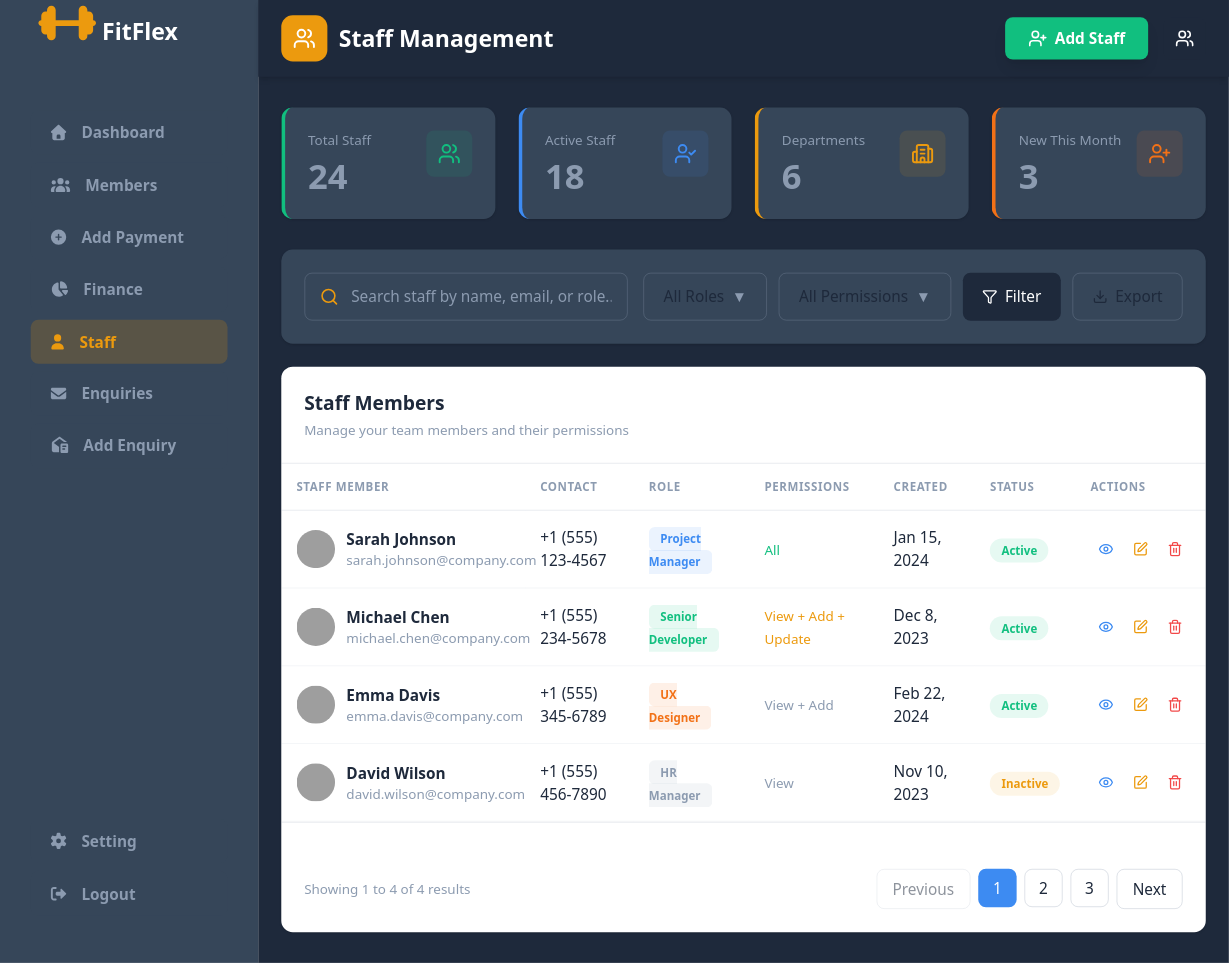
Repository: MuhammadTalhaTaj/gym_management_app_backend
Page: /staff (app in frontend/)
The author's editor kept a copy of each file at every save. The page is drawn from the files as they stood at one save, then again after a run of saves.
The browser window is 1280 px wide. The pictures show the whole page, at 96% of full size.
Pictures or frames that could not be fetched are drawn as grey boxes. The project was rebuilt for these pictures with package versions that can differ from the ones it lists, and the page was loaded fresh each time. Also part of the build but not shown: frontend/vite.config.ts, frontend/src/assets/styles/AdminHeader.css, frontend/src/Components/AdminHeader.tsx, frontend/src/assets/styles/AdminDashboard.css, frontend/src/hooks/useDashboardData.ts, frontend/src/assets/styles/AdminDashboardStats.css, frontend/src/Components/AdminDashboardStats.tsx, frontend/src/Components/IncomeExpenseChart.tsx and 30 more.

Above is the page before, as saved 2025-11-21 10:00:00.

### frontend/index.html
<!doctype html>
<html lang="en">

<head>
  <meta charset="UTF-8" />
  <link rel="icon" type="image/svg+xml" href="/vite.svg" />
  <meta name="viewport" content="width=device-width, initial-scale=1.0" />
  <title>GymManagement</title>
  <link rel="preconnect" href="https://fonts.googleapis.com" />
  <link rel="preconnect" href="https://fonts.gstatic.com" crossorigin />
  <link rel="stylesheet" href="https://fonts.googleapis.com/css2?family=Roboto:wght@300;400;500;700&display=swap" />

</head>

<body>
  <div id="root"></div>
  <script type="module" src="/src/main.tsx"></script>
</body>

</html>

### frontend/src/index.css
@import "tailwindcss";
:root{
  padding: 0;
  margin: 0;
  box-sizing: border-box;
  --primary-100:#364659;
  --primary-200:#1E293B;
  --primary-300:#8C9BB0;
  --secondary-100: #EC9A0E;
  --secondary-200:#595446;
  --tertiary-100: #F24949;
  --tertiary-100-30: #584252;
  --tertiary-200: #F47117;
  --tertiary-200-30: #5A4B48;
  --tertiary-300: #11BF7F;
  --tertiary-300-30: #2B595E;
  --tertiary-400: #3D8BF2;
  --tertiary-400-30: #344E75;
  --tertiary-500: #94A3B8;
  --tertiary-600: #1E293B;
}
body{
  padding: 0;
  margin: 0;
}
.adminMain{
  display: flex;
  margin: 0;
  justify-content: space-between;
  padding: 0;
  /* border: 2px solid blue; */
}
@media all and (max-width:700px) {
  .adminMain{
    flex-direction: column;
  }
}

### frontend/src/Components/ProtectedRoute.tsx
import React, { useEffect, useState } from "react";
// import { Navigate } from "react-router-dom";
import { apiRequest } from "../config/api";

type Props = {
  children: React.ReactNode;
};

const getStoredToken = (): string | null => {
  return localStorage.getItem("accessToken") || sessionStorage.getItem("accessToken");
};

export default function ProtectedRoute({ children }: Props) {
  const [status, setStatus] = useState<"pending" | "ok" | "unauth">("pending");

  useEffect(() => {
    let mounted = true;

    const token = getStoredToken();
    if (!token) {
      // no token -> immediately unauth
      if (mounted) setStatus("unauth");
      return;
    }

    const validate = async () => {
      try {
        // call backend authenticate endpoint
        const res = await apiRequest<{ success?: boolean; message?: string; userId?: string }>({
          method: "GET",
          endpoint: "/auth/authenticate"
        });

        // backend returns success:true on valid token
        if (mounted && res && (res as any).success === true) {
          setStatus("ok");
        } else {
          // treat missing success flag as unauth
          if (mounted) setStatus("unauth");
        }
      } catch (err) {
        // any error -> unauth
        if (mounted) setStatus("unauth");
      }
    };

    validate();

    return () => { mounted = false; };
  }, []);

  if (status === "pending") {
    // while checking, render nothing (keep UI/layout unchanged)
    return null;
  }

  if (status === "unauth") {
    // clear tokens to ensure clean state, then redirect
    try {
      localStorage.removeItem("accessToken");
      sessionStorage.removeItem("accessToken");
    } catch (e) {
      // ignore
    }
    // return <Navigate to="/login" replace />;
  }

  // auth ok
  return <>{children}</>;
}

### frontend/src/context/AuthContext.tsx
// src/context/AuthContext.tsx (example)
import React, { createContext, useEffect } from "react";
import { onAuthFailure,
  // setAccessToken as storeAccessToken,
   clearTokens } from "../config/auth";
import { useNavigate } from "react-router-dom";

export const AuthContext = createContext<any>(null);

export const AuthProvider: React.FC<{children:any}> = ({ children }) => {
  const navigate = useNavigate();

  useEffect(() => {
    onAuthFailure(() => {
      // clear local tokens and redirect to login
      clearTokens();
      navigate("/login");
    });
  }, [navigate]);

  return <AuthContext.Provider value={{}}>{children}</AuthContext.Provider>;
};

### frontend/src/pages/Admin/Staff.tsx
import React, { useState } from 'react';
import { Search, Download, Filter, Eye, Edit, Trash2, UserPlus, Users, UserCheck, Building2 } from 'lucide-react';

// Mock data file simulation
const staffData = [
  {
    id: 1,
    name: 'Sarah Johnson',
    email: 'sarah.johnson@company.com',
    phone: '+1 (555) 123-4567',
    role: 'Project Manager',
    permissions: 'All',
    created: 'Jan 15, 2024',
    status: 'Active',
    avatar: 'https://i.pravatar.cc/150?img=1'
  },
  {
    id: 2,
    name: 'Michael Chen',
    email: 'michael.chen@company.com',
    phone: '+1 (555) 234-5678',
    role: 'Senior Developer',
    permissions: 'View + Add + Update',
    created: 'Dec 8, 2023',
    status: 'Active',
    avatar: 'https://i.pravatar.cc/150?img=2'
  },
  {
    id: 3,
    name: 'Emma Davis',
    email: 'emma.davis@company.com',
    phone: '+1 (555) 345-6789',
    role: 'UX Designer',
    permissions: 'View + Add',
    created: 'Feb 22, 2024',
    status: 'Active',
    avatar: 'https://i.pravatar.cc/150?img=3'
  },
  {
    id: 4,
    name: 'David Wilson',
    email: 'david.wilson@company.com',
    phone: '+1 (555) 456-7890',
    role: 'HR Manager',
    permissions: 'View',
    created: 'Nov 10, 2023',
    status: 'Inactive',
    avatar: 'https://i.pravatar.cc/150?img=4'
  }
];

const statsData = [
  { label: 'Total Staff', value: 24, icon: Users, color: 'bg-[#11BF7F]/10', iconColor: 'text-[#11BF7F]', borderColor: 'border-l-[#11BF7F]' },
  { label: 'Active Staff', value: 18, icon: UserCheck, color: 'bg-[#3D8BF2]/10', iconColor: 'text-[#3D8BF2]', borderColor: 'border-l-[#3D8BF2]' },
  { label: 'Departments', value: 6, icon: Building2, color: 'bg-[#EC9A0E]/10', iconColor: 'text-[#EC9A0E]', borderColor: 'border-l-[#EC9A0E]' },
  { label: 'New This Month', value: 3, icon: UserPlus, color: 'bg-[#F27117]/10', iconColor: 'text-[#F27117]', borderColor: 'border-l-[#F27117]' }
];

// Components
const StatCard = ({ stat }) => {
  const Icon = stat.icon;
  return (
    <div className={`bg-[var(--primary-100)] rounded-xl p-6 border-l-4 ${stat.borderColor} shadow-sm hover:shadow-md transition-shadow`}>
      <div className="flex items-start justify-between">
        <div>
          <p className="text-[#8C9BB0] text-sm font-medium mb-2">{stat.label}</p>
          <h3 className="text-[var(--primary-300)] text-4xl font-bold">{stat.value}</h3>
        </div>
        <div className={`${stat.color} ${stat.iconColor} p-3 rounded-lg`}>
          <Icon className="w-6 h-6" />
        </div>
      </div>
    </div>
  );
};

const SearchBar = ({ value, onChange }) => (
  <div className="relative flex-1 max-w-md">
    <Search className="absolute left-4 top-1/2 -translate-y-1/2 w-5 h-5 text-[var(--secondary-100)]" />
    <input
      type="text"
      value={value}
      onChange={(e) => onChange(e.target.value)}
      placeholder="Search staff by name, email, or role..."
      className="w-full pl-12 pr-4 py-3 rounded-lg border border-[#8C9BB0]/30 focus:outline-none focus:ring-2 focus:ring-[#3D8BF2] focus:border-transparent text-[var(--secondary-300)] placeholder:text-[#8C9BB0]"
    />
  </div>
);

const FilterButton = ({ children, onClick }) => (
  <button
    onClick={onClick}
    className="px-5 py-3 rounded-lg border border-[#8C9BB0]/30 text-[#1E293B] font-medium hover:bg-[#F8FAFC] transition-colors flex items-center gap-2"
  >
    {children}
  </button>
);

const ActionButton = ({ icon: Icon, onClick, variant = 'default' }) => {
  const colors = {
    view: 'text-[#3D8BF2] hover:bg-[#3D8BF2]/10',
    edit: 'text-[#EC9A0E] hover:bg-[#EC9A0E]/10',
    delete: 'text-[#F24949] hover:bg-[#F24949]/10'
  };

  return (
    <button
      onClick={onClick}
      className={`p-2 rounded-lg transition-colors ${colors[variant]}`}
    >
      <Icon className="w-4 h-4" />
    </button>
  );
};

const StatusBadge = ({ status }) => {
  const isActive = status === 'Active';
  return (
    <span className={`px-3 py-1 rounded-full text-xs font-semibold ${
      isActive
        ? 'bg-[#11BF7F]/10 text-[#11BF7F]'
        : 'bg-[#EC9A0E]/10 text-[#EC9A0E]'
    }`}>
      {status}
    </span>
  );
};

const RoleBadge = ({ role }) => {
  const colors = {
    'Project Manager': 'bg-[#3D8BF2]/10 text-[#3D8BF2]',
    'Senior Developer': 'bg-[#11BF7F]/10 text-[#11BF7F]',
    'UX Designer': 'bg-[#F27117]/10 text-[#F27117]',
    'HR Manager': 'bg-[#8C9BB0]/10 text-[#8C9BB0]'
  };

  return (
    <span className={`px-3 py-1 rounded-md text-xs font-semibold ${colors[role] || 'bg-gray-100 text-gray-700'}`}>
      {role}
    </span>
  );
};

const PermissionBadge = ({ permissions }) => {
  const getColor = () => {
    if (permissions === 'All') return 'text-[#11BF7F]';
    if (permissions.includes('Update')) return 'text-[#EC9A0E]';
    if (permissions.includes('Add')) return 'text-[#8C9BB0]';
    return 'text-[#8C9BB0]';
  };

  return (
    <span className={`text-sm font-medium ${getColor()}`}>
      {permissions}
    </span>
  );
};

const StaffTable = ({ data, onView, onEdit, onDelete }) => (
  <div className="overflow-x-auto">
    <table className="w-full">
      <thead>
        <tr className="border-b border-[#8C9BB0]/20">
          <th className="text-left py-4 px-4 text-xs font-semibold text-[#8C9BB0] uppercase tracking-wider">Staff Member</th>
          <th className="text-left py-4 px-4 text-xs font-semibold text-[#8C9BB0] uppercase tracking-wider">Contact</th>
          <th className="text-left py-4 px-4 text-xs font-semibold text-[#8C9BB0] uppercase tracking-wider">Role</th>
          <th className="text-left py-4 px-4 text-xs font-semibold text-[#8C9BB0] uppercase tracking-wider">Permissions</th>
          <th className="text-left py-4 px-4 text-xs font-semibold text-[#8C9BB0] uppercase tracking-wider">Created</th>
          <th className="text-left py-4 px-4 text-xs font-semibold text-[#8C9BB0] uppercase tracking-wider">Status</th>
          <th className="text-left py-4 px-4 text-xs font-semibold text-[#8C9BB0] uppercase tracking-wider">Actions</th>
        </tr>
      </thead>
      <tbody>
        {data.map((staff) => (
          <tr key={staff.id} className="border-b border-[#8C9BB0]/10 hover:bg-[#F8FAFC] transition-colors">
            <td className="py-4 px-4">
              <div className="flex items-center gap-3">
                <img src={staff.avatar} alt={staff.name} className="w-10 h-10 rounded-full object-cover" />
                <div>
                  <p className="font-semibold text-[#1E293B]">{staff.name}</p>
                  <p className="text-sm text-[#8C9BB0]">{staff.email}</p>
                </div>
              </div>
            </td>
            <td className="py-4 px-4 text-[#1E293B]">{staff.phone}</td>
            <td className="py-4 px-4">
              <RoleBadge role={staff.role} />
            </td>
            <td className="py-4 px-4">
              <PermissionBadge permissions={staff.permissions} />
            </td>
            <td className="py-4 px-4 text-[#1E293B]">{staff.created}</td>
            <td className="py-4 px-4">
              <StatusBadge status={staff.status} />
            </td>
            <td className="py-4 px-4">
              <div className="flex items-center gap-1">
                <ActionButton icon={Eye} onClick={() => onView(staff.id)} variant="view" />
                <ActionButton icon={Edit} onClick={() => onEdit(staff.id)} variant="edit" />
                <ActionButton icon={Trash2} onClick={() => onDelete(staff.id)} variant="delete" />
              </div>
            </td>
          </tr>
        ))}
      </tbody>
    </table>
  </div>
);

const Pagination = ({ currentPage, totalPages, onPageChange }) => (
  <div className="flex items-center justify-between mt-6">
    <p className="text-sm text-[#8C9BB0]">
      Showing 1 to 4 of {staffData.length} results
    </p>
    <div className="flex gap-2">
      <button
        onClick={() => onPageChange(currentPage - 1)}
        disabled={currentPage === 1}
        className="px-4 py-2 rounded-lg border border-[#8C9BB0]/30 text-[#1E293B] font-medium hover:bg-[#F8FAFC] disabled:opacity-50 disabled:cursor-not-allowed transition-colors"
      >
        Previous
      </button>
      {[...Array(totalPages)].map((_, i) => (
        <button
          key={i + 1}
          onClick={() => onPageChange(i + 1)}
          className={`w-10 h-10 rounded-lg font-medium transition-colors ${
            currentPage === i + 1
              ? 'bg-[#3D8BF2] text-white'
              : 'border border-[#8C9BB0]/30 text-[#1E293B] hover:bg-[#F8FAFC]'
          }`}
        >
          {i + 1}
        </button>
      ))}
      <button
        onClick={() => onPageChange(currentPage + 1)}
        disabled={currentPage === totalPages}
        className="px-4 py-2 rounded-lg border border-[#8C9BB0]/30 text-[#1E293B] font-medium hover:bg-[#F8FAFC] disabled:opacity-50 disabled:cursor-not-allowed transition-colors"
      >
        Next
      </button>
    </div>
  </div>
);

// Main Component
const Staff = () => {
  const [searchTerm, setSearchTerm] = useState('');
  const [currentPage, setCurrentPage] = useState(1);
  const [selectedRole, setSelectedRole] = useState('All Roles');
  const [selectedPermission, setSelectedPermission] = useState('All Permissions');

  const filteredData = staffData.filter(staff =>
    staff.name.toLowerCase().includes(searchTerm.toLowerCase()) ||
    staff.email.toLowerCase().includes(searchTerm.toLowerCase()) ||
    staff.role.toLowerCase().includes(searchTerm.toLowerCase())
  );

  const handleView = (id) => console.log('View staff:', id);
  const handleEdit = (id) => console.log('Edit staff:', id);
  const handleDelete = (id) => console.log('Delete staff:', id);

  return (
    <div className="min-h-screen bg-[var(--primary-200)]">
      {/* Header */}
      <header className="bg-[var(--primary-200)] shadow-md">
        <div className="max-w-[1600px] mx-auto px-6 py-4 flex items-center justify-between">
          <div className="flex items-center gap-3">
            <div className="bg-[var(--secondary-100)] p-3 rounded-xl">
              <Users className="w-6 h-6 text-white" />
            </div>
            <h1 className="text-white text-2xl font-bold">Staff Management</h1>
          </div>
          <div className="flex items-center gap-4">
            <button className="bg-[#11BF7F] hover:bg-[#11BF7F]/90 text-white px-6 py-2.5 rounded-lg font-semibold flex items-center gap-2 transition-colors shadow-lg">
              <UserPlus className="w-5 h-5" />
              Add Staff
            </button>
            <button className="bg-[#1E293B] hover:bg-[#1E293B]/90 text-white w-11 h-11 rounded-lg flex items-center justify-center transition-colors">
              <Users className="w-5 h-5" />
            </button>
          </div>
        </div>
      </header>

      {/* Main Content */}
      <main className="max-w-[1600px] mx-auto px-6 py-8">
        {/* Stats Grid */}
        <div className="grid grid-cols-1 md:grid-cols-2 lg:grid-cols-4 gap-6 mb-8">
          {statsData.map((stat, index) => (
            <StatCard key={index} stat={stat} />
          ))}
        </div>

        {/* Filters Section */}
        <div className="bg-[var(--primary-100)] rounded-xl shadow-sm p-6 mb-6">
          <div className="flex flex-col lg:flex-row gap-4 items-start lg:items-center">
            <SearchBar value={searchTerm} onChange={setSearchTerm} />
            <div className="flex flex-wrap gap-3">
              <FilterButton>
                {selectedRole}
                <span className="text-[#8C9BB0]">▼</span>
              </FilterButton>
              <FilterButton>
                {selectedPermission}
                <span className="text-[#8C9BB0]">▼</span>
              </FilterButton>
              <button className="px-5 py-3 rounded-lg bg-[#1E293B] text-white font-medium hover:bg-[#1E293B]/90 transition-colors flex items-center gap-2">
                <Filter className="w-4 h-4" />
                Filter
              </button>
              <button className="px-5 py-3 rounded-lg border border-[#8C9BB0]/30 text-[#1E293B] font-medium hover:bg-[#F8FAFC] transition-colors flex items-center gap-2">
                <Download className="w-4 h-4" />
                Export
              </button>
            </div>
          </div>
        </div>

        {/* Staff Table */}
        <div className="bg-white rounded-xl shadow-sm overflow-hidden">
          <div className="p-6 border-b border-[#8C9BB0]/20">
            <h2 className="text-xl font-bold text-[#1E293B]">Staff Members</h2>
            <p className="text-[#8C9BB0] text-sm mt-1">Manage your team members and their permissions</p>
          </div>

          <StaffTable
            data={filteredData}
            onView={handleView}
            onEdit={handleEdit}
            onDelete={handleDelete}
          />

          <div className="p-6 border-t border-[#8C9BB0]/20">
            <Pagination
              currentPage={currentPage}
              totalPages={3}
              onPageChange={setCurrentPage}
            />
          </div>
        </div>
      </main>
    </div>
  );
};

export default Staff;

Loaded but not shown: frontend/src/main.tsx (common file); frontend/src/Components/AdminSidebar.tsx (181 lines, source omitted); frontend/src/config/api.ts (123 lines, source omitted); frontend/src/App.tsx (71 lines, source omitted); frontend/src/assets/styles/AdminSidebar.css (138 lines, source omitted); frontend/src/config/auth.ts (89 lines, source omitted); frontend/src/pages/Admin/AddStaff.tsx (no stored copy; drawn as an empty file)

After the next 2 saves:
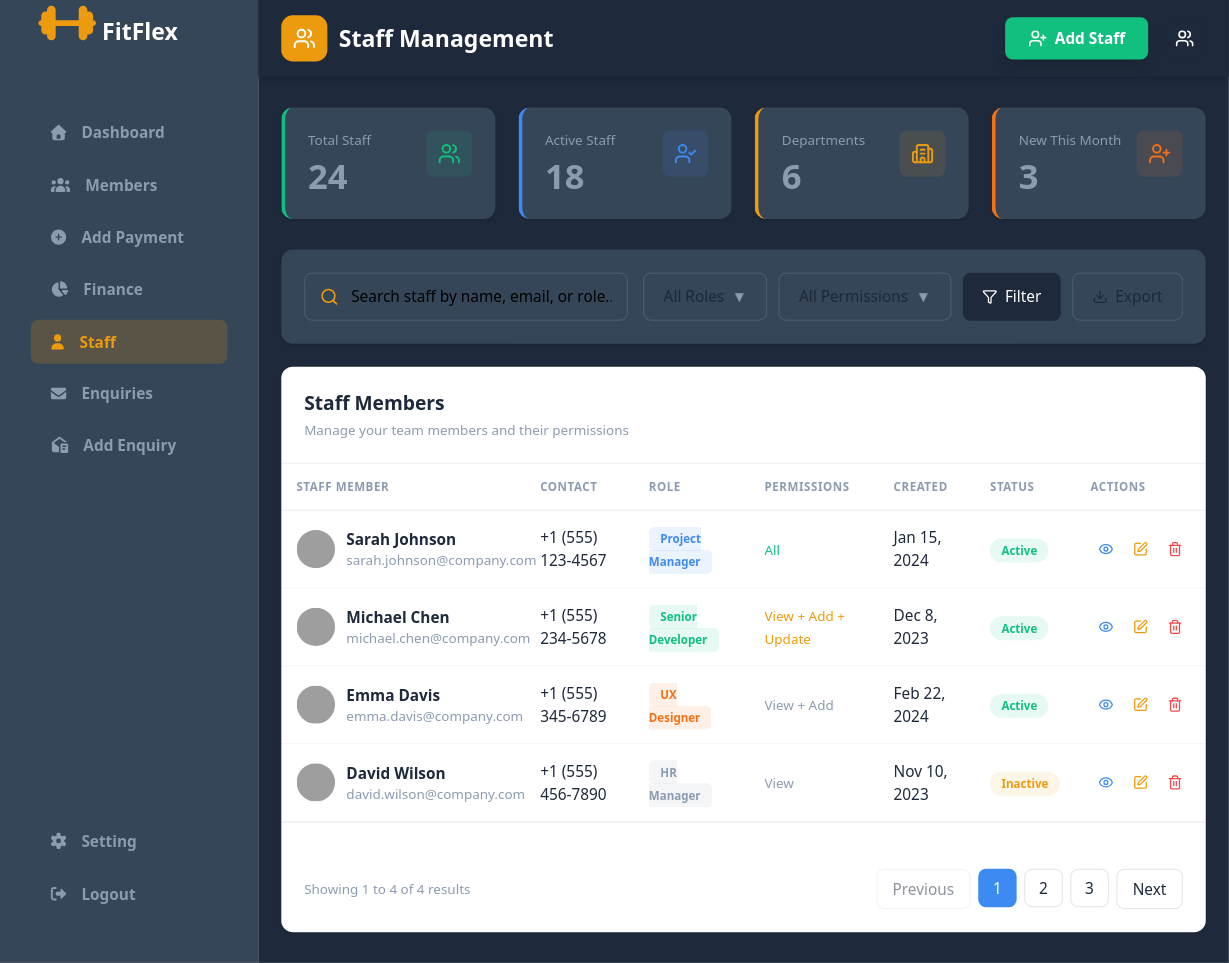
The 2 saves are shown as one change because they came seconds apart.
The last was saved 7 s later.
--- a/frontend/src/pages/Admin/Staff.tsx
+++ b/frontend/src/pages/Admin/Staff.tsx
@@ -82,7 +82,7 @@
       value={value}
       onChange={(e) => onChange(e.target.value)}
       placeholder="Search staff by name, email, or role..."
-      className="w-full pl-12 pr-4 py-3 rounded-lg border border-[#8C9BB0]/30 focus:outline-none focus:ring-2 focus:ring-[#3D8BF2] focus:border-transparent text-[var(--secondary-300)] placeholder:text-[#8C9BB0]"
+      className="w-full pl-12 pr-4 py-3 rounded-lg border border-[#8C9BB0]/30 focus:outline-none focus:ring-2 focus:ring-[#3D8BF2] focus:border-transparent text-[var(--secondary-300)] placeholder:text-[var(--secondary-300)]"
     />
   </div>
 );

After the save that followed:
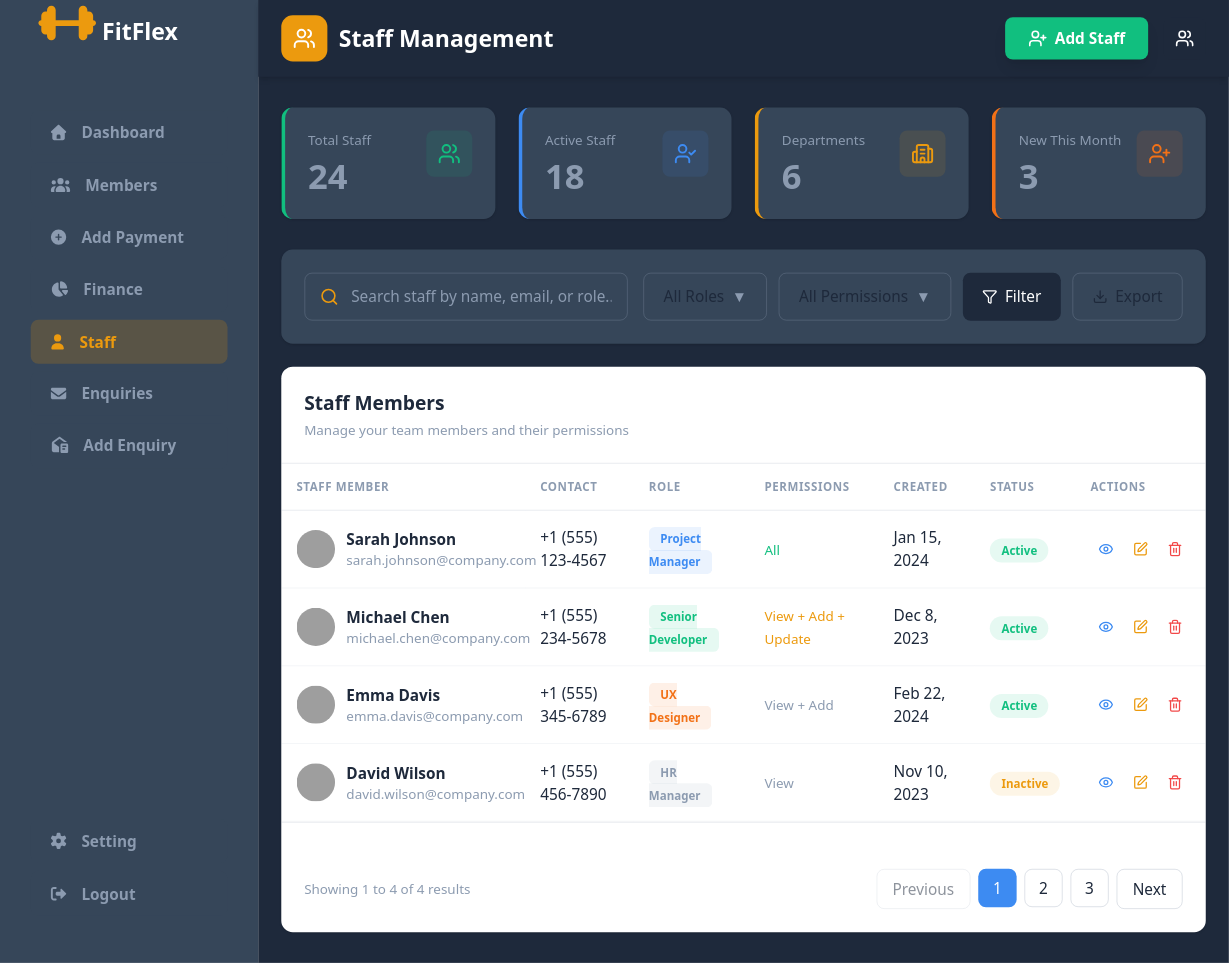
Saved 9 s later.
--- a/frontend/src/pages/Admin/Staff.tsx
+++ b/frontend/src/pages/Admin/Staff.tsx
@@ -82,7 +82,7 @@
       value={value}
       onChange={(e) => onChange(e.target.value)}
       placeholder="Search staff by name, email, or role..."
-      className="w-full pl-12 pr-4 py-3 rounded-lg border border-[#8C9BB0]/30 focus:outline-none focus:ring-2 focus:ring-[#3D8BF2] focus:border-transparent text-[var(--secondary-300)] placeholder:text-[var(--secondary-300)]"
+      className="w-full pl-12 pr-4 py-3 rounded-lg border border-[#8C9BB0]/30 focus:outline-none focus:ring-2 focus:ring-[#3D8BF2] focus:border-transparent text-[var(--secondary-300)] placeholder:text-[var(--primary-300)]"
     />
   </div>
 );
